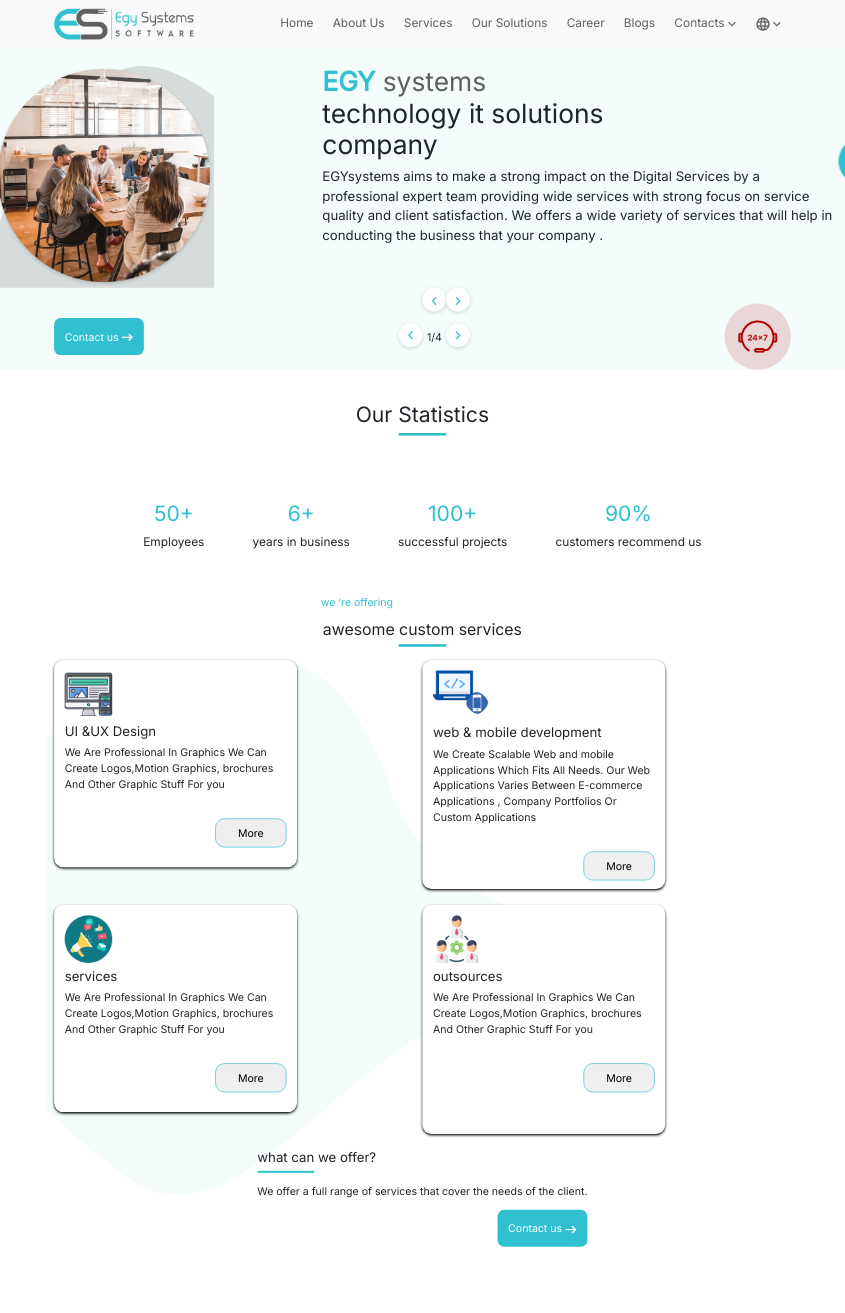
Repository: hamdyAbdelazeim/Egysystem-Home
Page: index.html
An editor plug-in stored every save of this project. The page is shown before and after the next save, followed by the edit.
The browser window is 1280 px wide. The pictures show the whole page, at 66% of full size.

Above is the page before, as saved 2023-07-13 17:53:15.

### index.html
<!DOCTYPE html>
<html lang="en">
  <head>
    <meta charset="UTF-8" />
    <meta name="viewport" content="width=device-width, initial-scale=1.0" />
    <title>Egy Systems</title>
    <!-- google fonts  -->
    <link rel="preconnect" href="https://fonts.googleapis.com" />
    <link rel="preconnect" href="https://fonts.gstatic.com" crossorigin />
    <link
      href="https://fonts.googleapis.com/css2?family=Inter&display=swap"
      rel="stylesheet"
    />
    <!-- bootstrap -->
    <link rel="stylesheet" href="/css/bootstrap.min.css" />
    <!-- owl css files  -->
    <link rel="stylesheet" href="/css/owl.carousel.min.css" />
    <link rel="stylesheet" href="/css/owl.theme.default.min.css" />
    <!-- css file  -->
    <link rel="stylesheet" href="/css/style.css" />
    <!-- Responsive file  -->
    <link rel="stylesheet" href="/css/responsive.css" />
  </head>
  <body>
    <!-- starting  Navbar  -->
    <nav class="navbar-cust navbar navbar-expand-lg bg-light fixed-top">
      <div class="container">
        <a href="#" class="navbar-brand"
          ><img src="/assets/logo 1.png" class="logo-img" alt="logo "
        /></a>

        <button
          class="navbar-toggler"
          type="button"
          data-bs-toggle="collapse"
          data-bs-target="#navmenu"
          style="border: none; box-shadow: none"
        >
          <span class="navbar-toggler-icon"
            ><img
              width="45"
              style="padding: 0.5rem"
              src="https://upload.wikimedia.org/wikipedia/commons/thumb/b/b2/Hamburger_icon.svg/120px-Hamburger_icon.svg.png"
              alt=""
          /></span>
        </button>

        <div class="collapse navbar-collapse" id="navmenu">
          <ul class="navbar-nav cust-ul">
            <li class="nav-item">
              <a href="#Home" class="nav-link cust-link">Home</a>
            </li>
            <li class="nav-item">
              <a href="#About" class="nav-link cust-link">About Us</a>
            </li>
            <li class="nav-item">
              <a href="#Services" class="nav-link cust-link">Services</a>
            </li>
            <li class="nav-item">
              <a href="#Solutions" class="nav-link cust-link">Our Solutions </a>
            </li>
            <li class="nav-item">
              <a href="#Career" class="nav-link cust-link">Career</a>
            </li>
            <li class="nav-item">
              <a href="#Blogs" class="nav-link cust-link">Blogs</a>
            </li>
            <li class="nav-item">
              <a href="" class="nav-link cust-link"
                >Contacts <img src="/assets/Vector.png" alt="vector"
              /></a>
            </li>
            <li class="nav-item">
              <a href="" class="nav-link language-icon"
                ><img src="/assets/language.png" alt="language" />
                <img src="/assets/Vector.png" alt=""
              /></a>
            </li>
          </ul>
        </div>
      </div>
    </nav>
    <!-- Ending Navbar  -->
    <!-- Home section  -->
    <div class="Home" id="Home">
      <div class="owl-carousel">
        <div
          class="container Home-up d-flex justify-content-center align-items-center"
        >
          <div class="Home-left">
            <h1>
              <strong class="Egy">EGY</strong>
              <span class="system">systems</span> <br />technology it
              solutions<br />
              company
            </h1>
            <p>
              EGYsystems aims to make a strong impact on the Digital Services by
              a professional expert team providing wide services with strong
              focus on service quality and client satisfaction. We offers a wide
              variety of services that will help in conducting the business that
              your company .
            </p>
          </div>
          <div class="Home-img">
            <img src="/assets/Ellipse 34.png" alt="" />
          </div>
        </div>
        <div
          class="container Home-up d-flex justify-content-center align-items-center"
        >
          <div class="Home-left">
            <h1>
              <strong class="Egy">EGY</strong>
              <span class="system">systems</span> <br />technology it
              solutions<br />
              company
            </h1>
            <p>
              EGYsystems aims to make a strong impact on the Digital Services by
              a professional expert team providing wide services with strong
              focus on service quality and client satisfaction. We offers a wide
              variety of services that will help in conducting the business that
              your company .
            </p>
          </div>
          <div class="Home-img">
            <img src="/assets/logo 1.png" alt="" />
          </div>
        </div>
        <div
          class="container Home-up d-flex justify-content-center align-items-center"
        >
          <div class="Home-left">
            <h1>
              <strong class="Egy">EGY</strong>
              <span class="system">systems</span> <br />technology it
              solutions<br />
              company
            </h1>
            <p>
              EGYsystems aims to make a strong impact on the Digital Services by
              a professional expert team providing wide services with strong
              focus on service quality and client satisfaction. We offers a wide
              variety of services that will help in conducting the business that
              your company .
            </p>
          </div>
          <div class="Home-img">
            <img src="/assets/service-item-2.png" alt="" />
          </div>
        </div>
      </div>

      <div class="container d-flex justify-content-between align-items-center">
        <button class="contactUs-btn">
          Contact us <img src="/assets/Vector (right).png" alt="" />
        </button>
        <div>
          <div class="d-flex align-items-center">
            <div>
              <img src="/assets/slider-left.png" alt="" />
            </div>
            <span>1/4</span>
            <div>
              <img src="/assets/slider-right.png" alt="" />
            </div>
          </div>
        </div>
        <img src="/assets//chat.png" alt="chat" />
      </div>
    </div>
    <!-- Ending Home  section  -->
    <!-- our statistics Section  -->
    <section class="our-statistics container w-100">
      <div class="statistics-up text-center">
        <h2>Our Statistics</h2>
        <p></p>
      </div>
      <div
        class="statistics-down d-flex align-items-center justify-content-between"
      >
        <div class="text-center">
          <h4>50+</h4>
          <p>Employees</p>
        </div>
        <div class="text-center">
          <h4>6+</h4>
          <p>years in business</p>
        </div>
        <div class="text-center">
          <h4>100+</h4>
          <p>successful projects</p>
        </div>
        <div class="text-center">
          <h4>90%</h4>
          <p>customers recommend us</p>
        </div>
      </div>
    </section>
    <!-- Ending our statistics  -->
    <!--  services   -->

    <!--  Ending services   -->
    <section class="services" id="services">
      <div class="service-up container">
        <p class="p-up">we ‘re offering</p>
        <h4 class="text-center">awesome custom services</h4>
        <p class="border-cust"></p>
      </div>
      <div class="service-down container d-flex align-items-center">
        <div class="service-down-left">
          <div class="service-item">
            <img src="/assets/service-item-1.png" alt="service-item-1" />
            <h5 class="mt-2">UI &UX Design</h5>
            <p>
              We Are Professional In Graphics We Can Create Logos,Motion
              Graphics, brochures And Other Graphic Stuff For you
            </p>
            <button>More</button>
          </div>
          <div class="service-item service-item-cust">
            <img src="/assets/service-item-2.png" alt="service-item-1" />
            <h5 class="mt-2">web & mobile development</h5>
            <p>
              We Create Scalable Web and mobile Applications Which Fits All
              Needs. Our Web Applications Varies Between E-commerce Applications
              , Company Portfolios Or Custom Applications
            </p>
            <button>More</button>
          </div>
          <div class="service-item">
            <img src="/assets/service-item-3.png" alt="service-item-1" />
            <h5 class="mt-2">services</h5>
            <p>
              We Are Professional In Graphics We Can Create Logos,Motion
              Graphics, brochures And Other Graphic Stuff For you
            </p>
            <button>More</button>
          </div>
          <div class="service-item service-item-cust">
            <img src="/assets/service-item-4.png" alt="service-item-1" />
            <h5 class="mt-2">outsources</h5>
            <p>
              We Are Professional In Graphics We Can Create Logos,Motion
              Graphics, brochures And Other Graphic Stuff For you
            </p>
            <button>More</button>
          </div>
        </div>
        <div class="service-down-right">
          <h5>what can we offer?</h5>
          <p class="border-p"></p>
          <p>
            We offer a full range of services that cover the needs of the
            client.
          </p>
          <button class="contactUs-btn float-end">
            Contact us <img src="/assets/Vector (right).png" alt="" />
          </button>
        </div>
      </div>
    </section>

    <!-- jquery cdn  -->
    <script
      src="https://cdnjs.cloudflare.com/ajax/libs/jquery/3.7.0/jquery.min.js"
      integrity="sha512-3gJwYpMe3QewGELv8k/BX9vcqhryRdzRMxVfq6ngyWXwo03GFEzjsUm8Q7RZcHPHksttq7/GFoxjCVUjkjvPdw=="
      crossorigin="anonymous"
      referrerpolicy="no-referrer"
    ></script>
    <!-- owl js file  -->
    <script src="/js/owl.carousel.min.js"></script>
    <!-- bootstrap js file  -->
    <script src="/js/bootstrap.bundle.min.js"></script>
    <script src="/js/project.js"></script>
  </body>
</html>

### css/style.css
/* setting my css roots  */

body {
  font-family: 'Inter', sans-serif;
}

:root {
  --primary: #30c0d0;
  --secondary: #606060;
  --third-party: #131313;
}

/* navbar  */
.cust-ul {
  width: 100%;
  justify-content: space-around;
  margin-left: 100px;
}

.cust-link {
  font-size: 18px;
  font-weight: 500;
  line-height: 22px;
  letter-spacing: 0em;
  text-align: left;
  color: var(--secondary);
  padding-bottom: 0.5rem;
}
.cust-link :hover {
  color: var(--primary) !important;
}
.nav-link:focus,
.nav-link:hover {
  color: var(--primary) !important;
  border-bottom: 2px solid var(--primary) !important;
  font-size: 20px;
}

.cust-link:active {
  color: var(--primary) !important;
  color: var(--primary) !important;
  border-bottom: 2px solid var(--primary) !important;
  font-size: 20px;
}

.language-icon {
  border-bottom: none !important;
  font-size: 12px !important;
}
/* Ending Navbar  */

/* Home Section  */
.Home {
  padding-top: 100px;
  background-color: #f4fcfc;
  /* background-image: url('/assets/Ellipse\ 36.png');
  background-repeat: no-repeat; */
}
.Home-img {
  width: 100%;
  background-image: url('/assets/Ellipse\ 36.png');
  background-repeat: no-repeat;
}
.Egy {
  color: var(--primary);
}
.system {
  color: var(--secondary);
}
.Home-left p {
  font-size: 20px;
}
.contactUs-btn {
  background-color: var(--primary);
  color: white;
  border: none;
  padding: 16px;
  border-radius: 10px;
  -webkit-border-radius: 10px;
  -moz-border-radius: 10px;
  -ms-border-radius: 10px;
  -o-border-radius: 10px;
}

/* Ending Home Section  */

/* our statistics Section  */

.our-statistics {
  width: 100%;
}
.statistics-up,
.statistics-down {
  padding-top: 50px;
  padding-bottom: 50px;
  width: 846px;
  margin: auto;
}
.statistics-up p {
  width: 72px;
  margin: auto;
  border-bottom: 4px solid var(--primary);
}
.statistics-down h4 {
  color: var(--primary);
  font-size: 32px;
}
.statistics-down p {
  font-size: 18px;
}

/* services */
.services {
  width: 100%;
}
.services .service-up {
  width: 332px;
  margin: auto;
  padding-bottom: 20px;
}
.services .service-up .p-up {
  text-align: start;
  font-size: 16px;
  color: var(--primary);
}

.services.service-up h4 {
  color: var(--third-party);
  font-size: 32px;
}
.services .service-up .border-cust {
  width: 72px;
  margin: auto;
  border-bottom: 4px solid var(--primary);
}

.service-down {
  background-image: url('/assets/Ellipse\ 53.png');
  background-repeat: no-repeat;
  margin-bottom: 100px;
}
.service-down .service-down-left {
  width: 65%;
  display: grid;
  grid-template-columns: auto auto;
}
.service-down .service-down-left .service-item {
  width: 368px;
  height: 314px;
  background-color: #ffffff;
  box-shadow: 0px 2px 4px 0px #000000;
  border-radius: 14px;
  -webkit-border-radius: 14px;
  -moz-border-radius: 14px;
  -ms-border-radius: 14px;
  -o-border-radius: 14px;
  padding: 1rem;
  margin-bottom: 1.5rem;
}
.service-down .service-down-left .service-item:hover {
  background-color: var(--primary);
  transition-duration: 0.3s;
  transition-timing-function: ease-in-out;
}
.service-down .service-down-left .service-item button {
  width: 108px;
  height: 44px;
  border: 1px solid var(--primary);
  padding: 0px, 16px, 0px, 16px;
  gap: 8px;
  border-radius: 14px;
  -webkit-border-radius: 14px;
  -moz-border-radius: 14px;
  -ms-border-radius: 14px;
  -o-border-radius: 14px;
  float: right;
  margin-top: 1.5rem;
}
.service-down .service-down-left .service-item button:hover {
  background-color: var(--secondary);
  border: 1px solid var(--third-party);
  transition-duration: 0.3s;
  transition-timing-function: ease-in-out;
  color: var(--primary);
}

.service-item-cust {
  height: 347px !important;
  margin-bottom: 1.5rem !important;
}

.border-p {
  width: 86px;
  border-bottom: 3px solid var(--primary);
}
.owl-nav {
  position: absolute;
  left: 50%;
}
.owl-prev {
  width: 36px !important;
  height: 36px !important;
  background-color: #ffffff !important;
  color: var(--primary) !important;
  box-shadow: 0px 2px 7px 0px #0000002b !important;
  border-radius: 50%;
  -webkit-border-radius: 50%;
  -moz-border-radius: 50%;
  -ms-border-radius: 50%;
  -o-border-radius: 50%;
}
.owl-prev span,
.owl-next span {
  font-size: 25px;
}
.owl-next {
  width: 36px !important;
  height: 36px !important;
  background-color: #ffffff !important;
  color: var(--primary) !important;
  box-shadow: 0px 2px 7px 0px #0000002b !important;
  border-radius: 50%;
  -webkit-border-radius: 50%;
  -moz-border-radius: 50%;
  -ms-border-radius: 50%;
  -o-border-radius: 50%;
}

### css/responsive.css
@media only screen and (max-width: 1400px) {
  .service-down {
    flex-direction: column;
  }
  .service-down-left {
    width: 100% !important;
  }
}
@media only screen and (max-width: 1025px) {
  .cust-link {
    font-size: 15px !important;
  }
}
@media only screen and (max-width: 1000px) {
  /* navbar */
  .cust-ul {
    margin-left: 0;
  }
  .cust-link {
    font-size: 18px;
  }
  /* HOME section  */
  .Home-up {
    flex-wrap: wrap;
  }

  .Home-up img {
    width: 90%;
  }
  /* Our Statistics */
  .statistics-up,
  .statistics-down {
    width: 100%;
  }
  /* services */
  .service-down-left {
    grid-template-columns: auto !important;
  }
  .service-item {
    width: 100% !important;
  }
}

@media only screen and (max-width: 600px) {
  /* Our Statistics */
  .statistics-down {
    flex-direction: column;
  }
}

@media only screen and (max-width: 280px) {
  .logo-img {
    width: 160px;
  }
  .services .service-up {
    width: 270px;
  }
  .service-item p {
    font-size: 12px;
  }
}

### js/project.js
$(document).ready(function () {
  $('.owl-carousel').owlCarousel({
    items: 1,
    loop: true,
    autoplay: true,
    nav: true,
    // animateIn: 'flipInX',
  })
})

Loaded but not shown: css/bootstrap.min.css (library); css/owl.carousel.min.css (library); css/owl.theme.default.min.css (common file); js/owl.carousel.min.js (library); js/bootstrap.bundle.min.js (library)

After the next save:
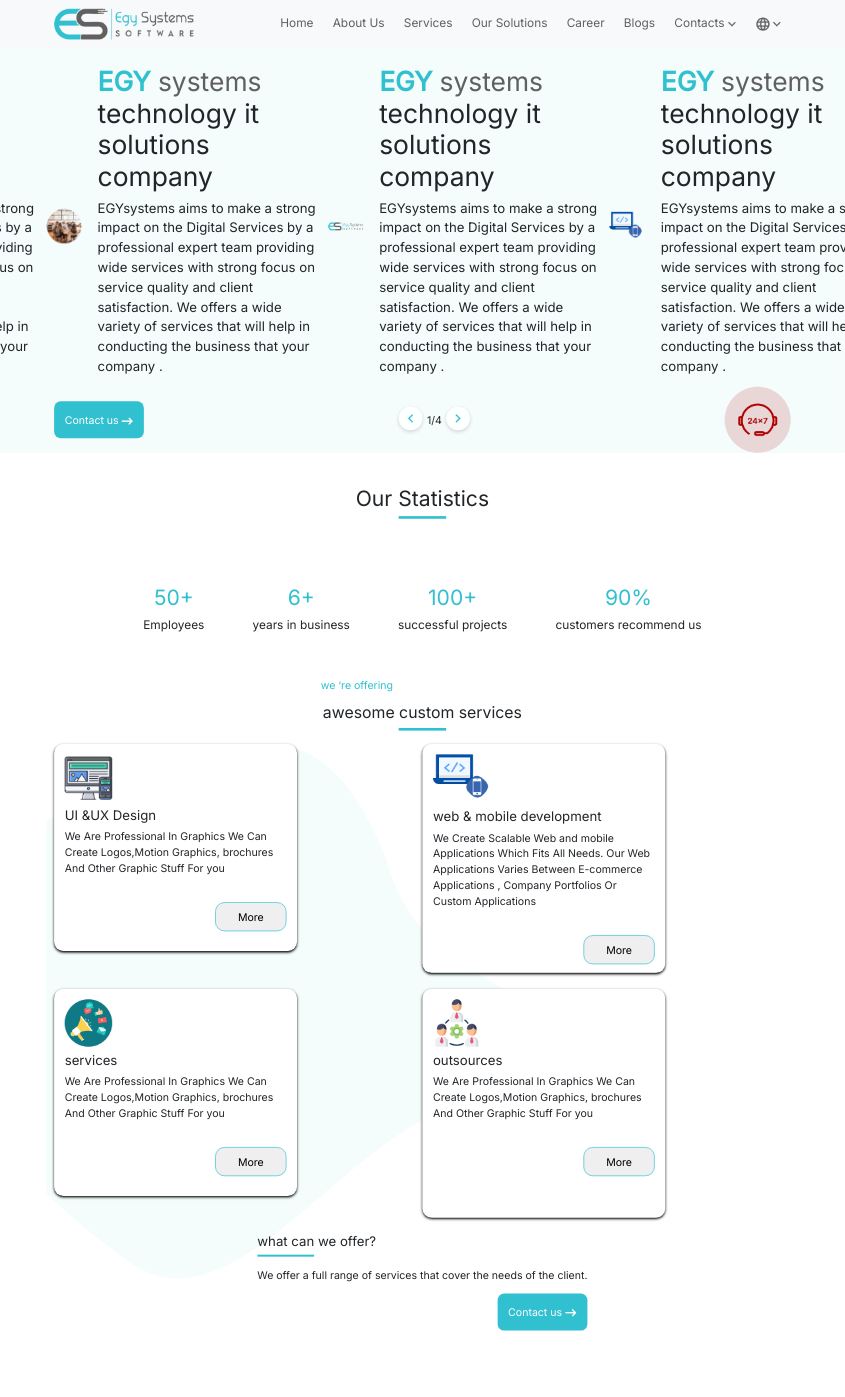
Saved 24 min 29 s later.
--- a/js/project.js
+++ b/js/project.js
@@ -5,5 +5,17 @@
     autoplay: true,
     nav: true,
     // animateIn: 'flipInX',
+    navText: ["<div class='nav-button owl-prev'>‹</div>", "<div class='nav-button owl-next'>›</div>"],
+      responsive: {
+        0: {
+          items: 1
+        },
+        600: {
+          items: 2
+        },
+        1000: {
+          items: 3
+        }
+      }
   })
 })

After the 3 saves that followed:
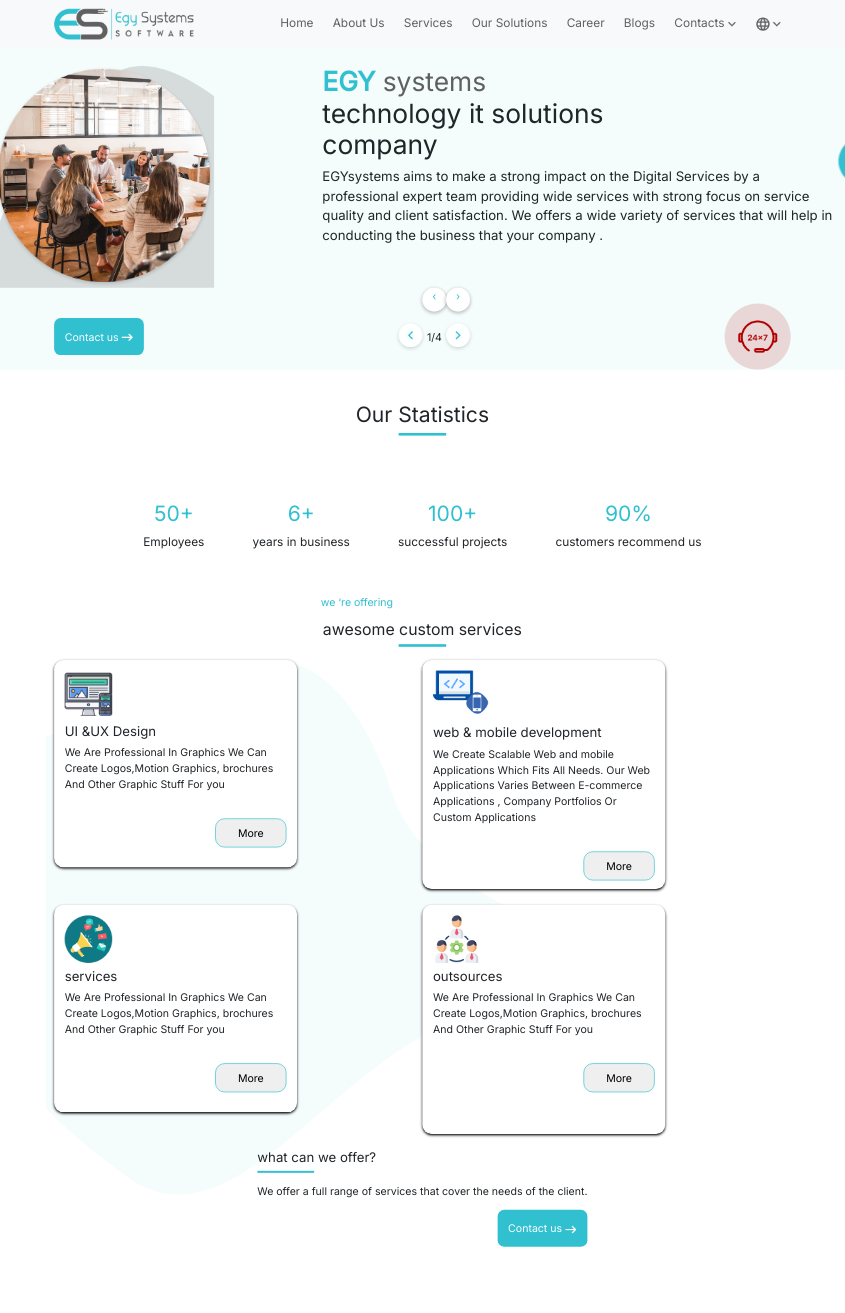
The 3 saves are shown as one change because they came seconds apart.
The last was saved 24 s later.
--- a/js/project.js
+++ b/js/project.js
@@ -5,17 +5,20 @@
     autoplay: true,
     nav: true,
     // animateIn: 'flipInX',
-    navText: ["<div class='nav-button owl-prev'>‹</div>", "<div class='nav-button owl-next'>›</div>"],
-      responsive: {
-        0: {
-          items: 1
-        },
-        600: {
-          items: 2
-        },
-        1000: {
-          items: 3
-        }
-      }
+    navText: [
+      "<div class='nav-button owl-prev'>‹</div>",
+      "<div class='nav-button owl-next'>›</div>",
+    ],
+    responsive: {
+      0: {
+        items: 1,
+      },
+      600: {
+        items: 1,
+      },
+      1000: {
+        items: 1,
+      },
+    },
   })
 })
